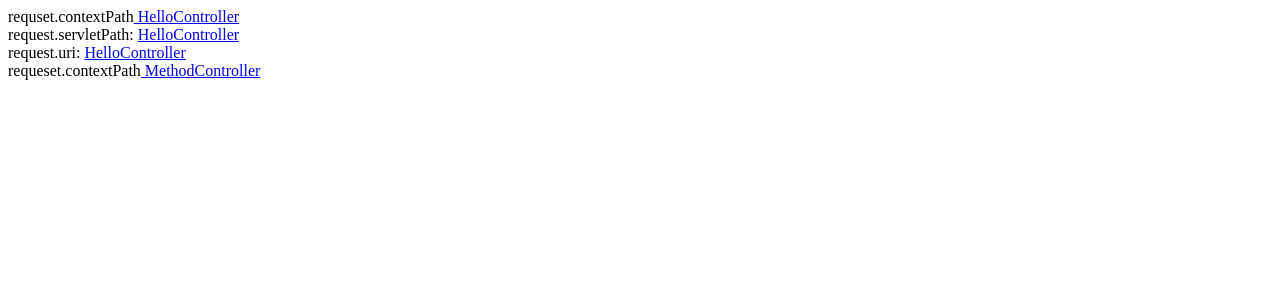
Repository: JunhaPark96/springBoard_maven
Page: http://localhost/springmvc/
An editor plug-in stored every save of this project. The page is shown before and after the next save, followed by the edit.
The browser window is 1280 px wide. The pictures show the whole page.
The page is served by Tomcat 9. Nobody is signed in. The application's start-up code is not run. Other server files are loaded and not shown.

Above is the page before, as saved 2023-08-22 04:19:51.

### springmvc/src/main/webapp/index.jsp
<%@ page language="java" contentType="text/html; charset=UTF-8"
    pageEncoding="UTF-8"%>
<!DOCTYPE html>
<html>
<head>
<meta charset="UTF-8">
<title>Insert title here</title>
</head>
<body>
	<!-- request.uri - springmvc/hello/hello -->
	<!-- request.contextPath - springmvc -->
	<!-- request.servletPath - hello/hello -->
	<%-- <a href="<%=request.getContextPath()%>/hello/h1"> HelloController </a> --%>
	requset.contextPath<a href="${pageContext.request.contextPath}/hello/h1"> HelloController </a><br>
	request.servletPath: <a href="${pageContext.request.servletPath}/hello/h1"> HelloController </a><br>
	request.uri: <a href="${pageContext.request.requestURI}/hello/h1"> HelloController </a><br>

	requeset.contextPath<a href="${pageContext.request.contextPath}/method/method"> MethodController </a><br>



</body>
</html>

After the next save:
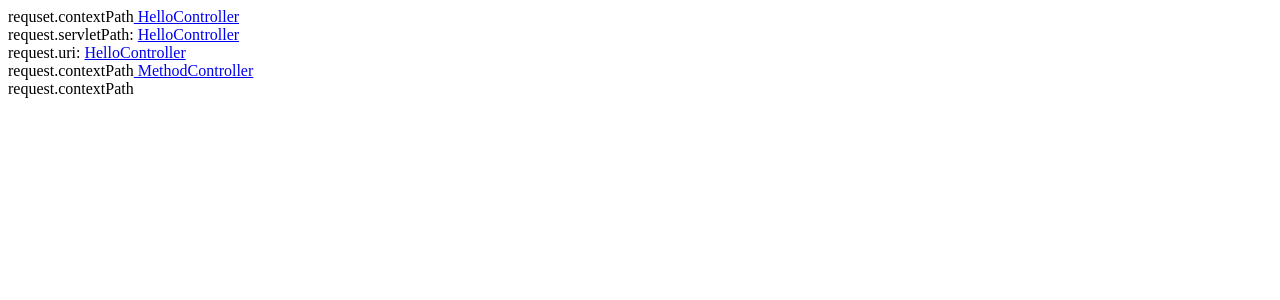
Saved 23 s later.
--- a/springmvc/src/main/webapp/index.jsp
+++ b/springmvc/src/main/webapp/index.jsp
@@ -15,9 +15,9 @@
 	request.servletPath: <a href="${pageContext.request.servletPath}/hello/h1"> HelloController </a><br>
 	request.uri: <a href="${pageContext.request.requestURI}/hello/h1"> HelloController </a><br>
 
-	requeset.contextPath<a href="${pageContext.request.contextPath}/method/method"> MethodController </a><br>
+	request.contextPath<a href="${pageContext.request.contextPath}/method/method"> MethodController </a><br>
 
-
+	request.contextPath <a href="${pageContext.request.contextPath}/"
 
 </body>
 </html>
